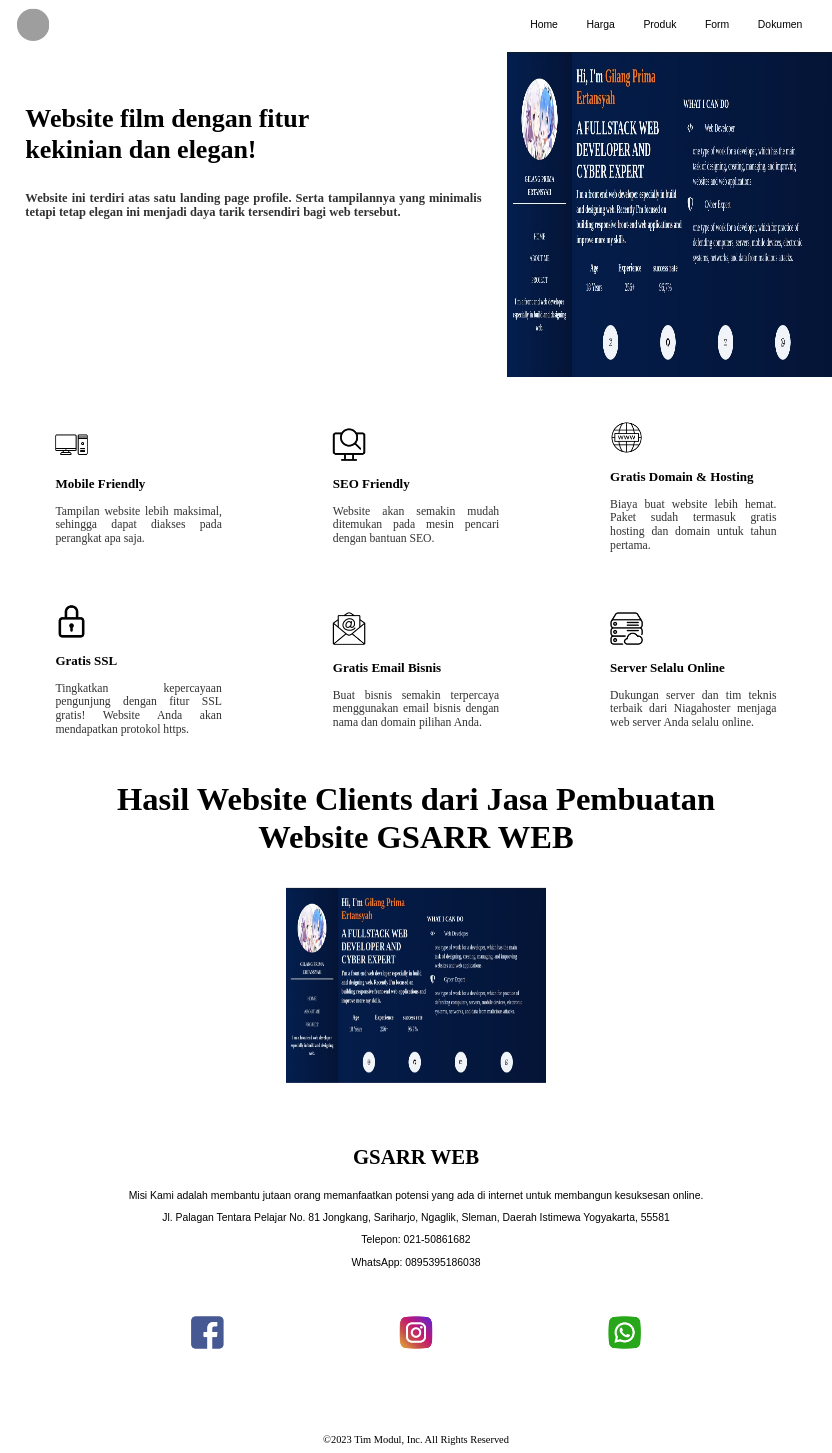
Repository: zecht12/TimModul
Page: JenisWeb/Web6.html
These files come from the project's save history. The page is drawn as it stood at one moment and after the next save; the edit follows.
The browser window is 1280 px wide. The pictures show the whole page, at 65% of full size.
Pictures or frames that could not be fetched are drawn as grey boxes.

Above is the page before, as saved 2023-04-26 15:19:42.

After the next save:
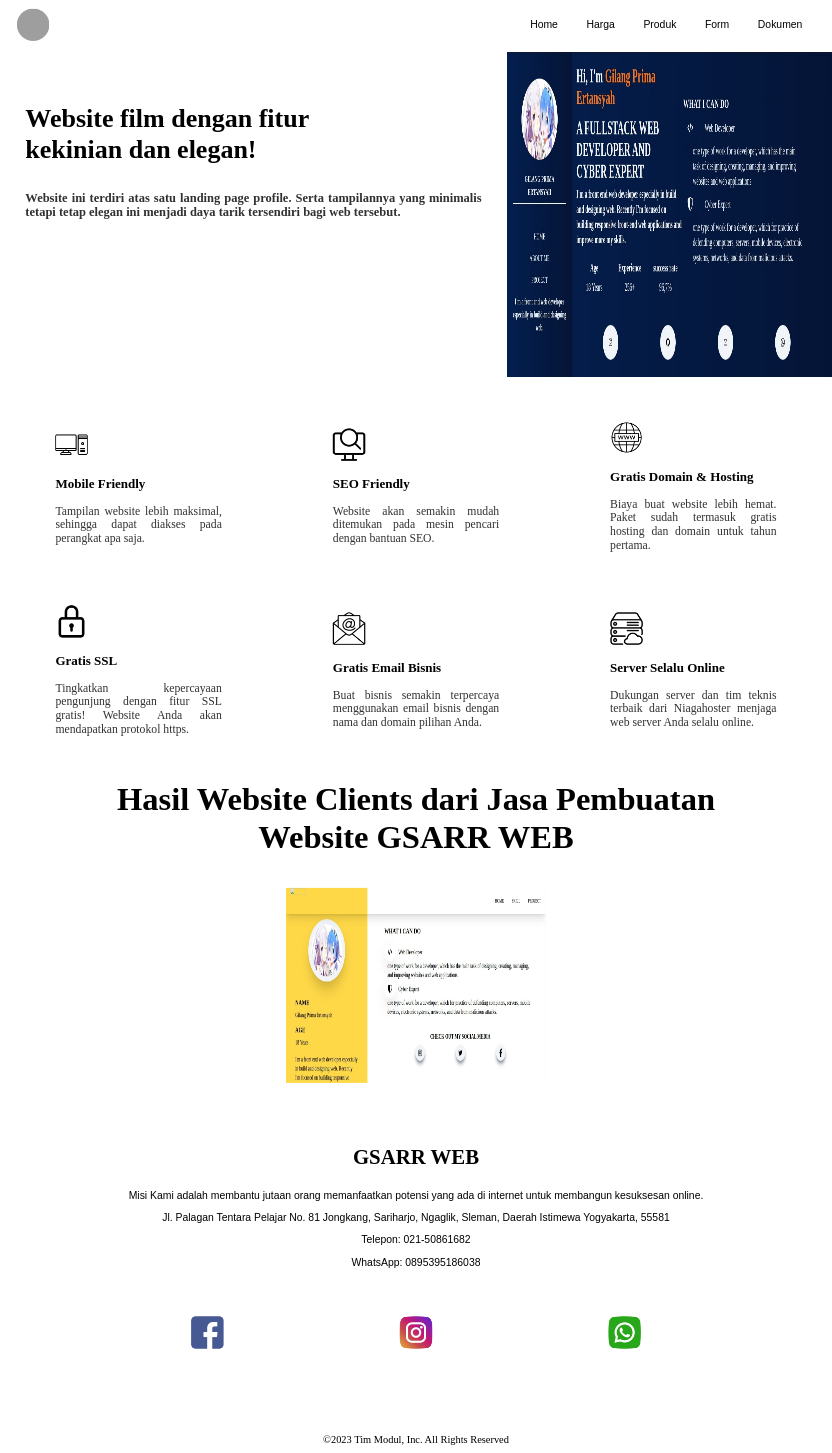
Saved 4 s later.
--- a/JenisWeb/Web6.html
+++ b/JenisWeb/Web6.html
@@ -87,7 +87,7 @@
             </div>
             <div style="display: flex; justify-content: space-around; align-items: center;">
                 <div style="display: flex; justify-content: center; align-items: center;">
-                    <img src="../assets/web4.jpg" alt="logo" width="400px" height="300px">
+                    <img src="../assets/web5.jpg" alt="logo" width="400px" height="300px">
                 </div>
             </div>
         </div>
